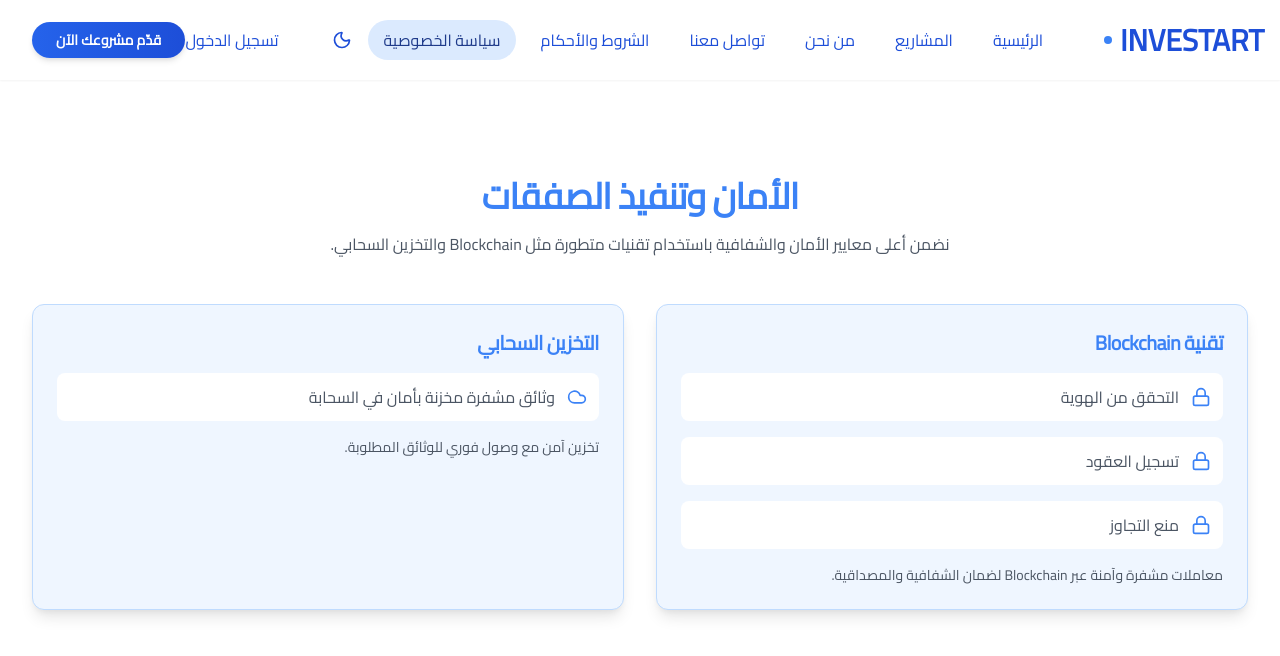
Repository: SYK3S999/InveStart
Page: /security
These files come from the project's save history. The page is drawn as it stood at one moment and after the next save; the edit follows.
The browser window is 1280 px wide. The pictures show the whole page.
The project was rebuilt for these pictures with package versions that can differ from the ones it lists, and the page was loaded fresh each time. The framework's server and built-in components were replaced by stand-ins that run in the browser. Also part of the build but not shown: next.config.mjs, components/ui/badge.tsx, components/ui/dropdown-menu.tsx, components/ui/avatar.tsx.

Above is the page before, as saved 2025-05-08 14:53:38.

### app/layout.tsx
import type { Metadata } from "next";
import localFont from "next/font/local";
import "@fontsource/cairo";
import "./globals.css";
import { ThemeProvider } from "next-themes";
import { AuthProvider } from "@/lib/authContext";
import { Navbar } from "@/components/navbar"; // Adjust the path based on your project structure

const geistSans = localFont({
  src: "./fonts/GeistVF.woff",
  variable: "--font-geist-sans",
  weight: "100 900",
});
const geistMono = localFont({
  src: "./fonts/GeistMonoVF.woff",
  variable: "--font-geist-mono",
  weight: "100 900",
});

export const metadata: Metadata = {
  title: "INEVESTART",
  description: "YOUR WAY TO SUCCESS",
};

export default function RootLayout({
  children,
}: Readonly<{
  children: React.ReactNode;
}>) {
  return (
    <html lang="ar" dir="rtl">
      <body className={`${geistSans.variable} ${geistMono.variable} antialiased`}>
        <AuthProvider>
          <ThemeProvider attribute="class" defaultTheme="light">

            <main>{children}</main>
          </ThemeProvider>
        </AuthProvider>
      </body>
    </html>
  );
}

### app/security/page.tsx
"use client";

import { BlockchainDemo } from "@/components/blockchain-demo";
import { CloudDemo } from "@/components/cloud-demo";
import { Navbar } from "@/components/navbar";
import { motion } from "framer-motion";

export default function SecurityPage() {
  return (
    <>
      <Navbar />
      <div className="container mx-auto px-4 sm:px-6 lg:px-8 py-12 md:py-24">
        <motion.div
          className="text-center mb-10 md:mb-12"
          initial={{ opacity: 0, y: -20 }}
          animate={{ opacity: 1, y: 0 }}
          transition={{ duration: 0.6 }}
        >
          <h1 className="text-3xl md:text-4xl font-bold text-primary-500 mb-4">
            الأمان وتنفيذ الصفقات
          </h1>
          <p className="text-gray-600 text-sm md:text-base max-w-2xl mx-auto">
            نضمن أعلى معايير الأمان والشفافية باستخدام تقنيات متطورة مثل Blockchain والتخزين السحابي.
          </p>
        </motion.div>

        <div className="grid grid-cols-1 md:grid-cols-2 gap-6 md:gap-8">
          <BlockchainDemo />
          <CloudDemo />
        </div>
      </div>
    </>
  );
}

### components/blockchain-demo.tsx
'use client'

import { motion } from "framer-motion";
import { Lock } from "lucide-react";

export function BlockchainDemo() {
  const blockVariants = {
    hidden: { opacity: 0, y: 20 },
    visible: { opacity: 1, y: 0, transition: { duration: 0.5 } },
  };

  return (
    <div className="p-6 bg-primary-50 rounded-xl shadow-lg border border-primary-200">
      <h3 className="text-xl font-bold text-primary-500 mb-4">تقنية Blockchain</h3>
      <div className="flex flex-col gap-4">
        {["التحقق من الهوية", "تسجيل العقود", "منع التجاوز"].map((item, index) => (
          <motion.div
            key={index}
            className="flex items-center gap-3 p-3 bg-white rounded-lg shadow-neumorphic"
            variants={blockVariants}
            initial="hidden"
            animate="visible"
            transition={{ delay: index * 0.2 }}
          >
            <Lock className="h-5 w-5 text-primary-500" />
            <span className="text-gray-600">{item}</span>
          </motion.div>
        ))}
      </div>
      <p className="text-gray-600 text-sm mt-4">
        معاملات مشفرة وآمنة عبر Blockchain لضمان الشفافية والمصداقية.
      </p>
    </div>
  );
}

### components/cloud-demo.tsx
'use client'

import { motion } from "framer-motion";
import { Cloud } from "lucide-react";

export function CloudDemo() {
  const cloudVariants = {
    hidden: { opacity: 0, scale: 0.8 },
    visible: { opacity: 1, scale: 1, transition: { duration: 0.5 } },
  };

  return (
    <div className="p-6 bg-primary-50 rounded-xl shadow-lg border border-primary-200">
      <h3 className="text-xl font-bold text-primary-500 mb-4">التخزين السحابي</h3>
      <motion.div
        className="flex items-center gap-3 p-3 bg-white rounded-lg shadow-neumorphic"
        variants={cloudVariants}
        initial="hidden"
        animate="visible"
      >
        <Cloud className="h-5 w-5 text-primary-500" />
        <span className="text-gray-600">وثائق مشفرة مخزنة بأمان في السحابة</span>
      </motion.div>
      <p className="text-gray-600 text-sm mt-4">
        تخزين آمن مع وصول فوري للوثائق المطلوبة.
      </p>
    </div>
  );
}

### components/navbar.tsx
"use client";

import { useState, useEffect } from "react";
import Link from "next/link";
import { usePathname } from "next/navigation";
import {
  Menu,
  X,
  Moon,
  Sun,
  MessageSquare,
  Bell,
  User,
  LogOut,
  Settings,
  FileText,
  Briefcase,
  LayoutDashboard,
  PlusCircle,
  Users,
  AlertTriangle,
  Calendar,
  ChevronDown,
} from "lucide-react";
import { Button } from "@/components/ui/button";
import { motion, AnimatePresence } from "framer-motion";
import { useAuth } from "@/lib/authContext"; // Assuming you have this context
import { useTheme } from "next-themes";
import { Badge } from "@/components/ui/badge";
import {
  DropdownMenu,
  DropdownMenuContent,
  DropdownMenuItem,
  DropdownMenuLabel,
  DropdownMenuSeparator,
  DropdownMenuTrigger,
} from "@/components/ui/dropdown-menu";
import { Avatar, AvatarFallback, AvatarImage } from "@/components/ui/avatar";

export function Navbar() {
  const [isMenuOpen, setIsMenuOpen] = useState(false);
  const [isScrolled, setIsScrolled] = useState(false);
  const { user, logout } = useAuth(); // Authentication context
  const pathname = usePathname();
  const { theme, setTheme } = useTheme();
  const [mounted, setMounted] = useState(false);
  const [unreadMessages, setUnreadMessages] = useState(2); // Mock data
  const [unreadNotifications, setUnreadNotifications] = useState(3); // Mock data

  // Handle mounting for theme toggle
  useEffect(() => {
    setMounted(true);
  }, []);

  // Handle scroll effect
  useEffect(() => {
    const handleScroll = () => setIsScrolled(window.scrollY > 20);
    window.addEventListener("scroll", handleScroll);
    return () => window.removeEventListener("scroll", handleScroll);
  }, []);

  // Close mobile menu on route change
  useEffect(() => {
    setIsMenuOpen(false);
  }, [pathname]);

  // Animation variants for mobile menu (from first code)
  const menuVariants = {
    hidden: { opacity: 0, y: -20 },
    visible: {
      opacity: 1,
      y: 0,
      transition: { duration: 0.3, ease: "easeOut" },
    },
    exit: { opacity: 0, y: -20, transition: { duration: 0.2 } },
  };

  // Navigation items
  const publicNavItems = [
    { href: "/", label: "الرئيسية", icon: null },
    { href: "/projects", label: "المشاريع", icon: null },
    // { href: "/submit", label: "قدّم مشروعك", icon: null },
    // { href: "/dashboard", label: "لوحة التحكم", icon: null },
    { href: "/about", label: "من نحن", icon: null },
    { href: "/contact", label: "تواصل معنا", icon: null },

    { href: "/terms", label: "الشروط والأحكام", icon: null },
    { href: "/security", label: "سياسة الخصوصية", icon: null },
  ];

  const roleBasedNavItems = {
    startup: [
      { href: "/dashboard/startup", label: "لوحة التحكم", icon: <LayoutDashboard className="h-4 w-4 ml-2" /> },
      { href: "/projects/my", label: "مشاريعي", icon: <Briefcase className="h-4 w-4 ml-2" /> },
      { href: "/projects/submit", label: "تقديم مشروع", icon: <PlusCircle className="h-4 w-4 ml-2" /> },
      { href: "/contracts", label: "العقود", icon: <FileText className="h-4 w-4 ml-2" /> },
    ],
    sponsor: [
      { href: "/dashboard/sponsor", label: "لوحة التحكم", icon: <LayoutDashboard className="h-4 w-4 ml-2" /> },
      { href: "/projects", label: "استكشاف المشاريع", icon: <Briefcase className="h-4 w-4 ml-2" /> },
      { href: "/investments", label: "استثماراتي", icon: <Briefcase className="h-4 w-4 ml-2" /> },
      { href: "/contracts", label: "العقود", icon: <FileText className="h-4 w-4 ml-2" /> },
    ],
    admin: [
      { href: "/dashboard/admin", label: "لوحة التحكم", icon: <LayoutDashboard className="h-4 w-4 ml-2" /> },
      { href: "/projects/pending", label: "المشاريع المعلقة", icon: <AlertTriangle className="h-4 w-4 ml-2" /> },
      { href: "/users", label: "إدارة المستخدمين", icon: <Users className="h-4 w-4 ml-2" /> },
      { href: "/reports", label: "التقارير", icon: <FileText className="h-4 w-4 ml-2" /> },
    ],
  };

  const authenticatedNavItems = [
    { href: "/messages", label: "المحادثات", icon: <MessageSquare className="h-4 w-4 ml-2" />, badge: unreadMessages },
    { href: "/notifications", label: "الإشعارات", icon: <Bell className="h-4 w-4 ml-2" />, badge: unreadNotifications },
    { href: "/analytics", label: "التحليلات", icon: <Briefcase className="h-4 w-4 ml-2" /> },
    { href: "/calendar", label: "التقويم", icon: <Calendar className="h-4 w-4 ml-2" /> },
  ];

  // Determine nav items based on user role
  const getNavItems = () => {
    if (!user) return publicNavItems;
    return [...publicNavItems.slice(0, 2), ...(roleBasedNavItems[user.role] || [])];
  };

  const navItems = getNavItems();

  // User menu items
  const userMenuItems = user
    ? [
        { label: "الملف الشخصي", href: `/profile/${user.id}`, icon: <User className="h-4 w-4 ml-2" /> },
        { label: "الإعدادات", href: `/settings/${user.role}`, icon: <Settings className="h-4 w-4 ml-2" /> },
        ...(roleBasedNavItems[user.role] || []),
        ...authenticatedNavItems,
      ]
    : [];

  return (
    <header
      className={`sticky top-0 z-50 transition-all duration-300 ${
        isScrolled
          ? "bg-white/95 shadow-md border-b border-primary/10"
          : "bg-gradient-to-r from-cream-50 via-blue-50 to-green-50 shadow-sm"
      }`}
    >
      <div className="container mx-auto px-4 py-4 lg:py-5">
        <div className="flex items-center justify-between">
          {/* Logo */}
          <Link
            href="/"
            className="text-3xl font-extrabold text-primary-700 hover:text-primary-900 transition-colors duration-200 flex items-center gap-2"
          >
            <motion.span
              initial={{ scale: 1 }}
              whileHover={{ scale: 1.05 }}
              transition={{ duration: 0.2 }}
            >
              INVESTART
            </motion.span>
            <span className="w-2 h-2 bg-primary-500 rounded-full"></span>
          </Link>

          {/* Desktop Navigation */}
          <nav className="hidden md:flex items-center space-x-2 space-x-reverse">
            {navItems.map((item) => (
              <Link
                key={item.href}
                href={item.href}
                className={`px-4 py-2 text-primary-700 font-medium rounded-full hover:bg-primary-100 hover:text-primary-900 transition-all duration-300 ease-in-out ${
                  pathname === item.href ? "bg-primary-100 text-primary-900" : ""
                }`}
              >
                <motion.span
                  whileHover={{ scale: 1.05, color: "#1e3a8a" }}
                  transition={{ duration: 0.2 }}
                >
                  {item.label}
                </motion.span>
              </Link>
            ))}

            {/* Authenticated User Quick Access */}
            {user && (
              <div className="flex items-center gap-2 mr-2">
                <motion.div whileHover={{ scale: 1.05 }}>
                  <Link
                    href="/messages"
                    className={`p-2 rounded-full relative ${
                      pathname === "/messages"
                        ? "bg-primary-100 text-primary-900"
                        : "text-primary-700 hover:bg-primary-100"
                    }`}
                  >
                    <MessageSquare className="h-5 w-5" />
                    {unreadMessages > 0 && (
                      <Badge className="absolute -top-1 -left-1 w-5 h-5 p-0 flex items-center justify-center bg-primary-600 text-white">
                        {unreadMessages}
                      </Badge>
                    )}
                  </Link>
                </motion.div>
                <motion.div whileHover={{ scale: 1.05 }}>
                  <Link
                    href="/notifications"
                    className={`p-2 rounded-full relative ${
                      pathname === "/notifications"
                        ? "bg-primary-100 text-primary-900"
                        : "text-primary-700 hover:bg-primary-100"
                    }`}
                  >
                    <Bell className="h-5 w-5" />
                    {unreadNotifications > 0 && (
                      <Badge className="absolute -top-1 -left-1 w-5 h-5 p-0 flex items-center justify-center bg-primary-600 text-white">
                        {unreadNotifications}
                      </Badge>
                    )}
                  </Link>
                </motion.div>
              </div>
            )}

            {/* Theme Toggle */}
            {mounted && (
              <motion.button
                onClick={() => setTheme(theme === "dark" ? "light" : "dark")}
                className="p-2 rounded-full hover:bg-primary-100 text-primary-700 transition-all duration-200"
                whileHover={{ scale: 1.05 }}
              >
                {theme === "dark" ? <Sun className="h-5 w-5" /> : <Moon className="h-5 w-5" />}
              </motion.button>
            )}
          </nav>

          {/* User Menu (Desktop) */}
          {user ? (
            <div className="hidden md:block">
              <DropdownMenu>
                <DropdownMenuTrigger asChild>
                  <Button
                    variant="ghost"
                    className="flex items-center gap-2 px-3 py-2 rounded-full hover:bg-primary-100 text-primary-700"
                  >
                    <Avatar className="h-8 w-8">
                      <AvatarImage
                        src={`/placeholder.svg?height=40&width=40&text=${user.name.charAt(0)}`}
                        alt={user.name}
                      />
                      <AvatarFallback className="bg-primary-100 text-primary-700">
                        {user.name.charAt(0)}
                      </AvatarFallback>
                    </Avatar>
                    <span className="text-sm font-medium hidden lg:inline-block">{user.name}</span>
                    <ChevronDown className="h-4 w-4" />
                  </Button>
                </DropdownMenuTrigger>
                <DropdownMenuContent align="end" className="w-56">
                  <DropdownMenuLabel>
                    <div className="flex flex-col space-y-1">
                      <p className="text-sm font-medium">{user.name}</p>
                      <p className="text-xs text-muted-foreground">{user.email}</p>
                    </div>
                  </DropdownMenuLabel>
                  <DropdownMenuSeparator />
                  {userMenuItems.map((item) => (
                    <DropdownMenuItem key={item.href} asChild>
                      <Link href={item.href} className="flex items-center">
                        {item.icon}
                        {item.label}
                        {("badge" in item && typeof item.badge === "number" && item.badge > 0) && (
                          <Badge className="mr-auto bg-primary-600 text-white">{item.badge}</Badge>
                        )}
                      </Link>
                    </DropdownMenuItem>
                  ))}
                  <DropdownMenuSeparator />
                  <DropdownMenuItem
                    onClick={logout}
                    className="text-red-500 focus:text-red-500 cursor-pointer"
                  >
                    <LogOut className="h-4 w-4 ml-2" />
                    تسجيل الخروج
                  </DropdownMenuItem>
                </DropdownMenuContent>
              </DropdownMenu>
            </div>
          ) : (
            <div className="hidden md:flex items-center space-x-4">
              <Link
                href="/login"
                className="text-primary-700 font-medium hover:text-primary-900 transition-all duration-300"
              >
                تسجيل الدخول
              </Link>
              <Button
                asChild
                variant="default"
                size="default"
                className="bg-gradient-to-r from-primary-600 to-primary-700 hover:from-primary-700 hover:to-primary-800 text-white font-semibold rounded-full px-6 py-2 shadow-md hover:shadow-lg transition-all duration-300"
              >
                <Link href="/submit">قدّم مشروعك الآن</Link>
              </Button>
            </div>
          )}

          {/* Mobile Menu Button */}
          <button
            className="md:hidden p-2 rounded-full hover:bg-primary-100 text-primary-700 transition-all duration-200"
            onClick={() => setIsMenuOpen(!isMenuOpen)}
            aria-label={isMenuOpen ? "إغلاق القائمة" : "فتح القائمة"}
          >
            <motion.div
              animate={{ rotate: isMenuOpen ? 180 : 0 }}
              transition={{ duration: 0.3 }}
            >
              {isMenuOpen ? <X size={24} /> : <Menu size={24} />}
            </motion.div>
          </button>
        </div>

        {/* Mobile Navigation */}
        <AnimatePresence>
          {isMenuOpen && (
            <motion.nav
              className="md:hidden mt-4 pb-4 space-y-3"
              initial="hidden"
              animate="visible"
              exit="exit"
              variants={menuVariants}
            >
              {/* User Info (Mobile) */}
              {user && (
                <div className="flex items-center space-x-4 space-x-reverse mb-4 pb-4 border-b border-primary-100">
                  <Avatar className="h-10 w-10">
                    <AvatarImage
                      src={`/placeholder.svg?height=40&width=40&text=${user.name.charAt(0)}`}
                      alt={user.name}
                    />
                    <AvatarFallback className="bg-primary-100 text-primary-700">
                      {user.name.charAt(0)}
                    </AvatarFallback>
                  </Avatar>
                  <div>
                    <p className="text-sm font-medium text-primary-700">{user.name}</p>
                    <p className="text-xs text-primary-500">{user.email}</p>
                  </div>
                </div>
              )}

              {/* Navigation Items */}
              {navItems.map((item) => (
                <Link
                  key={item.href}
                  href={item.href}
                  className="block px-4 py-3 text-primary-700 font-medium rounded-lg hover:bg-primary-50 hover:text-primary-900 transition-all duration-200"
                  onClick={() => setIsMenuOpen(false)}
                >
                  <motion.span
                    whileHover={{ x: 5 }}
                    transition={{ duration: 0.2 }}
                  >
                    {item.label}
                  </motion.span>
                </Link>
              ))}

              {/* Authenticated User Items */}
              {user && (
                <>
                  <div className="pt-2 border-t border-primary-100">
                    <p className="px-4 py-1 text-sm text-primary-500">الخدمات</p>
                    {authenticatedNavItems.map((item) => (
                      <Link
                        key={item.href}
                        href={item.href}
                        className="flex items-center justify-between px-4 py-3 text-primary-700 font-medium rounded-lg hover:bg-primary-50 hover:text-primary-900 transition-all duration-200"
                        onClick={() => setIsMenuOpen(false)}
                      >
                        <span className="flex items-center">
                          {item.icon}
                          {item.label}
                        </span>
                        {(item.badge ?? 0) > 0 && (
                          <Badge className="bg-primary-600 text-white">{item.badge}</Badge>
                        )}
                      </Link>
                    ))}
                  </div>
                  <div className="pt-2 border-t border-primary-100">
                    <p className="px-4 py-1 text-sm text-primary-500">الحساب</p>
                    <Link
                      href={`/profile/${user.id}`}
                      className="block px-4 py-3 text-primary-700 font-medium rounded-lg hover:bg-primary-50 hover:text-primary-900 transition-all duration-200"
                      onClick={() => setIsMenuOpen(false)}
                    >
                      <User className="h-4 w-4 ml-2" />
                      الملف الشخصي
                    </Link>
                    <Link
                      href={`/settings/${user.role}`}
                      className="block px-4 py-3 text-primary-700 font-medium rounded-lg hover:bg-primary-50 hover:text-primary-900 transition-all duration-200"
                      onClick={() => setIsMenuOpen(false)}
                    >
                      <Settings className="h-4 w-4 ml-2" />
                      الإعدادات
                    </Link>
                    <button
                      onClick={() => {
                        logout();
                        setIsMenuOpen(false);
                      }}
                      className="w-full flex items-center text-right px-4 py-3 text-red-500 font-medium rounded-lg hover:bg-red-50 transition-all duration-200"
                    >
                      <LogOut className="h-4 w-4 ml-2" />
                      تسجيل الخروج
                    </button>
                  </div>
                </>
              )}

              {/* Authentication Buttons */}
              {!user && (
                <div className="px-4 space-y-3">
                  <Link
                    href="/login"
                    className="block mb-3 text-primary-700 font-medium rounded-lg hover:bg-primary-50 hover:text-primary-900 transition-all duration-200"
                    onClick={() => setIsMenuOpen(false)}
                  >
                    تسجيل الدخول
                  </Link>
                  <Button
                    asChild
                    variant="default"
                    size="default"
                    className="w-full bg-gradient-to-r from-primary-600 to-primary-700 hover:from-primary-700 hover:to-primary-800 text-white font-semibold rounded-full py-3 shadow-md hover:shadow-lg transition-all duration-300"
                  >
                    <Link href="/submit" onClick={() => setIsMenuOpen(false)}>
                      قدّم مشروعك الآن
                    </Link>
                  </Button>
                </div>
              )}

              {/* Theme Toggle (Mobile) */}
              {mounted && (
                <div className="px-4 pt-2 border-t border-primary-100">
                  <Button
                    onClick={() => setTheme(theme === "dark" ? "light" : "dark")}
                    variant="outline"
                    size="sm"
                    className="w-full flex items-center gap-2 text-primary-700 hover:bg-primary-100"
                  >
                    {theme === "dark" ? (
                      <>
                        <Sun className="h-4 w-4" />
                        الوضع النهاري
                      </>
                    ) : (
                      <>
                        <Moon className="h-4 w-4" />
                        الوضع الليلي
                      </>
                    )}
                  </Button>
                </div>
              )}
            </motion.nav>
          )}
        </AnimatePresence>
      </div>
    </header>
  );
}

### lib/utils.ts
// lib/utils.ts
import { type ClassValue, clsx } from "clsx";
import { twMerge } from "tailwind-merge";

export function cn(...inputs: ClassValue[]) {
  return twMerge(clsx(inputs));
}

// Add this function
export function calculateProgress(raised: number, goal: number): number {
  if (!goal || goal <= 0) return 0; // Avoid division by zero or negative goals
  const percentage = (raised / goal) * 100;
  return Math.min(Math.max(percentage, 0), 100); // Clamp between 0 and 100
}

Loaded but not shown: lib/authContext.tsx (178 lines, source omitted); tailwind.config.ts (150 lines, source omitted); app/globals.css (102 lines, source omitted); components/ui/button.tsx (59 lines, source omitted)

After the next save:
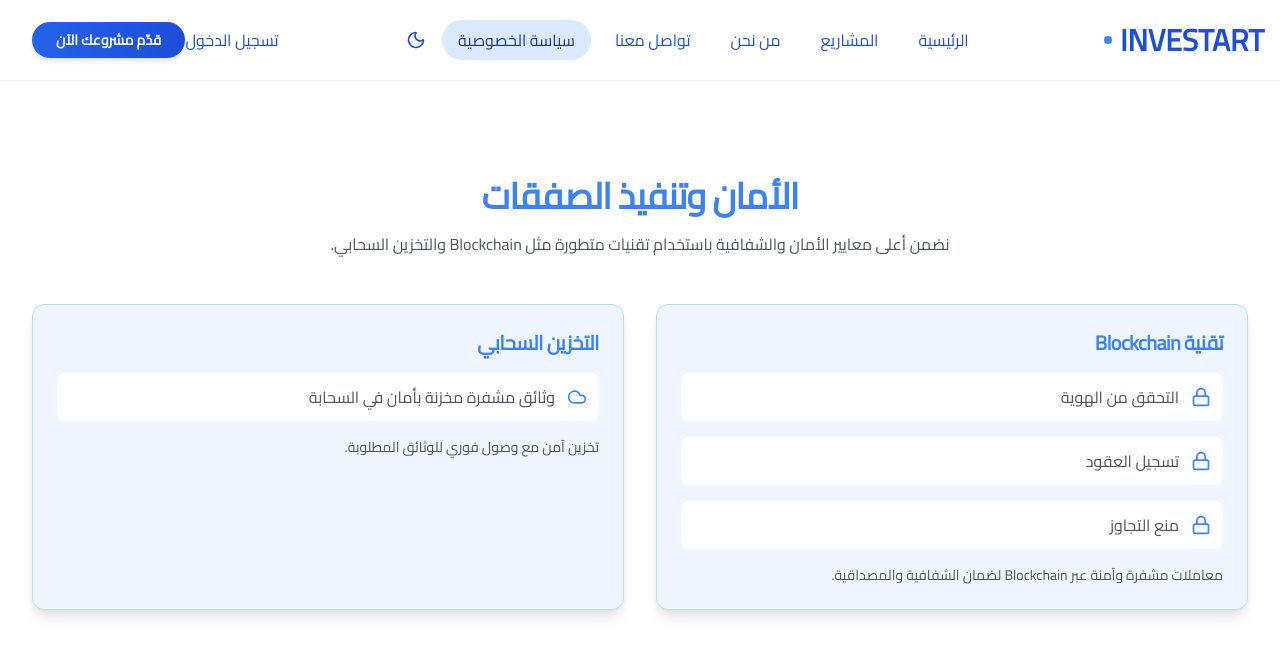
Saved 16 s later.
--- a/components/navbar.tsx
+++ b/components/navbar.tsx
@@ -84,7 +84,7 @@ export function Navbar() {
     { href: "/about", label: "من نحن", icon: null },
     { href: "/contact", label: "تواصل معنا", icon: null },
 
-    { href: "/terms", label: "الشروط والأحكام", icon: null },
+    // { href: "/terms", label: "الشروط والأحكام", icon: null },
     { href: "/security", label: "سياسة الخصوصية", icon: null },
   ];
 
